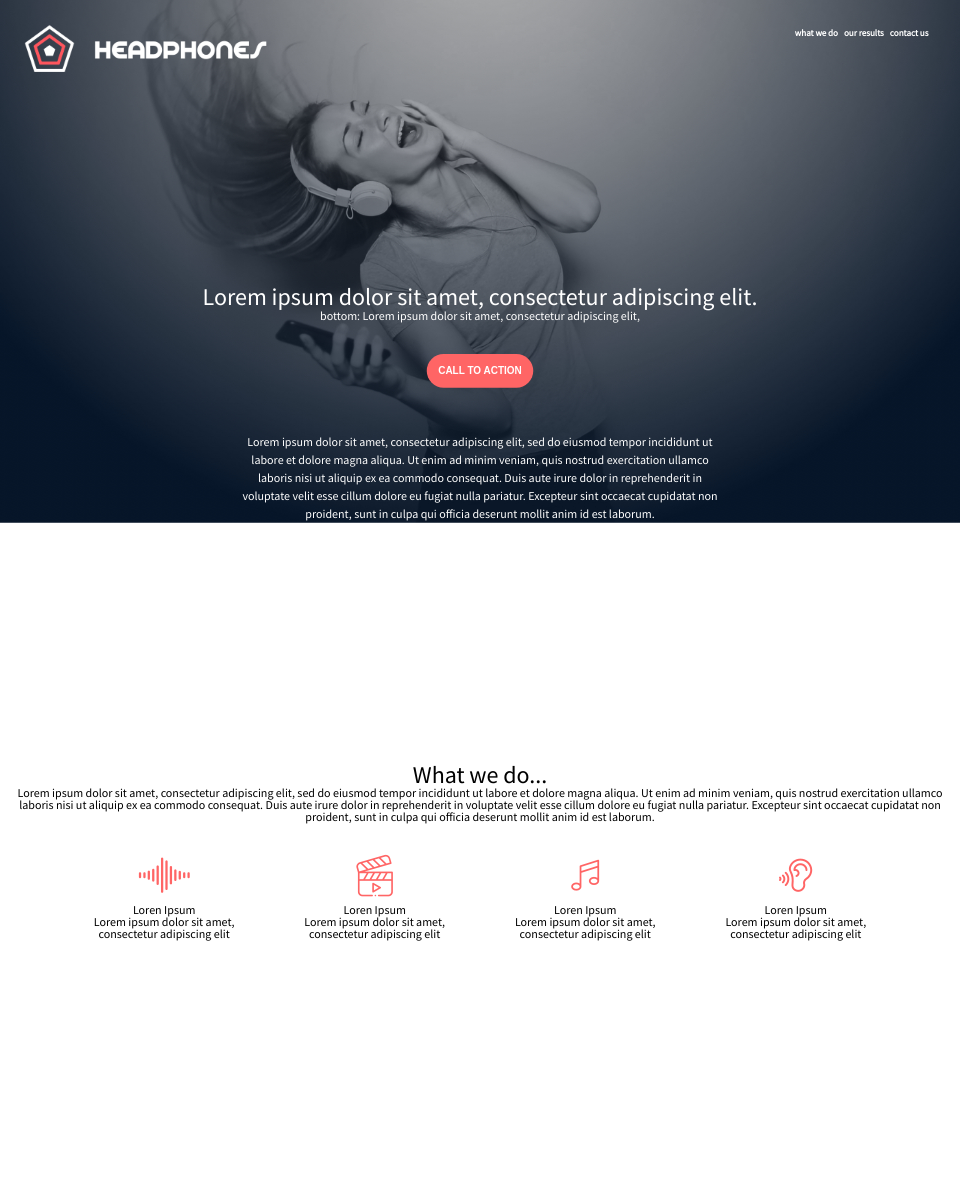
Repository: seleniadelgado/holbertonschool-web_front_end
Page: 0x09-implement_a_design_from_scratch/1-index.html
The author's editor kept a copy of each file at every save. The page is drawn from the files as they stood at one save, then again after the next save.
The browser window is 1280 px wide. The pictures show the whole page, at 75% of full size.

Above is the page before, as saved 2020-03-20 13:15:03.

After the next save:
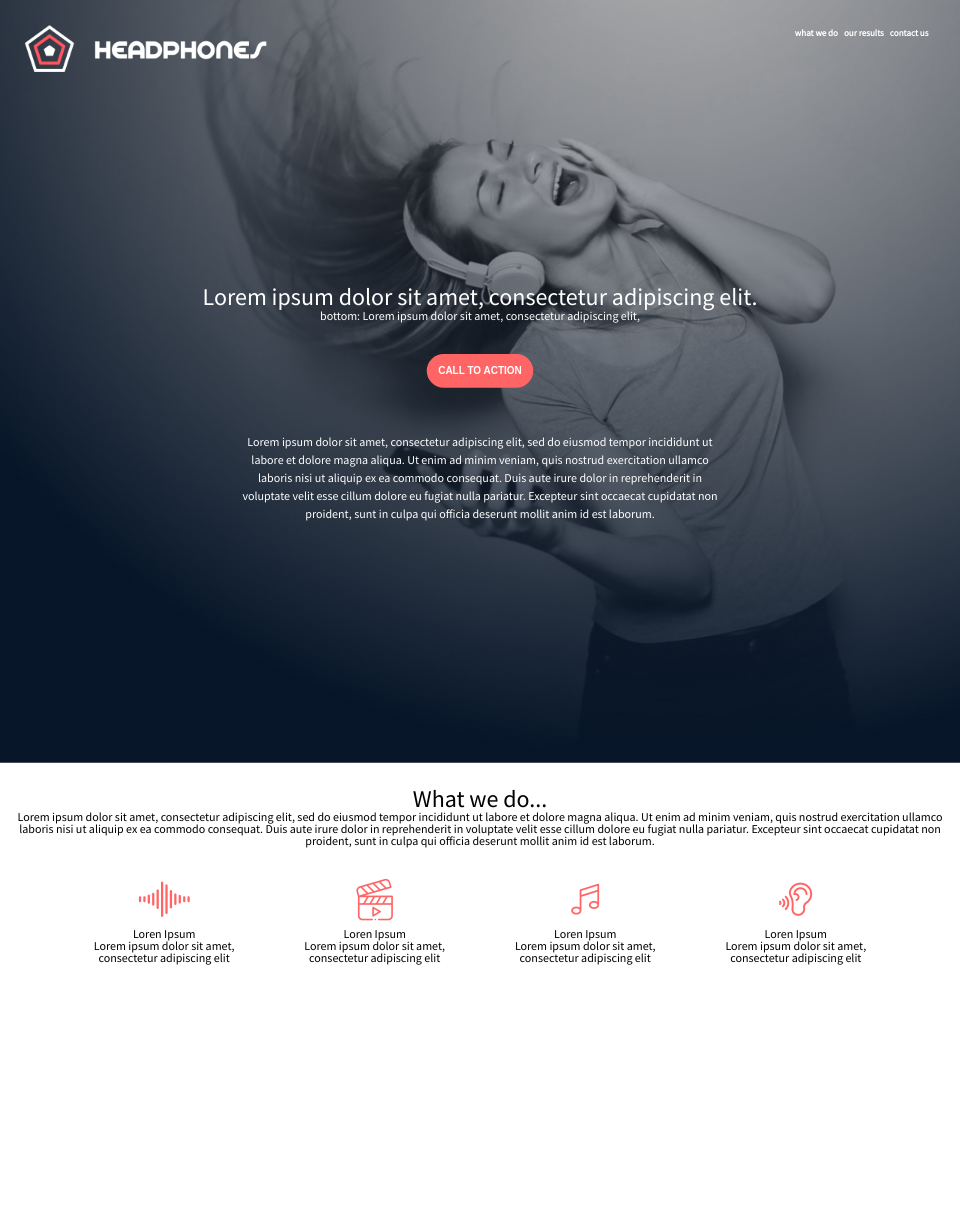
Saved 17 s later.
--- a/0x09-implement_a_design_from_scratch/1-styles.css
+++ b/0x09-implement_a_design_from_scratch/1-styles.css
@@ -120,7 +120,7 @@
     font-family: var(--font-family);
     font-size: var(--font-size-md);
     color: var(--color-body-white);
-    margin-bottom: 20em;
+    padding-bottom: 20em;
 }
 
 /* end longparagraph */
